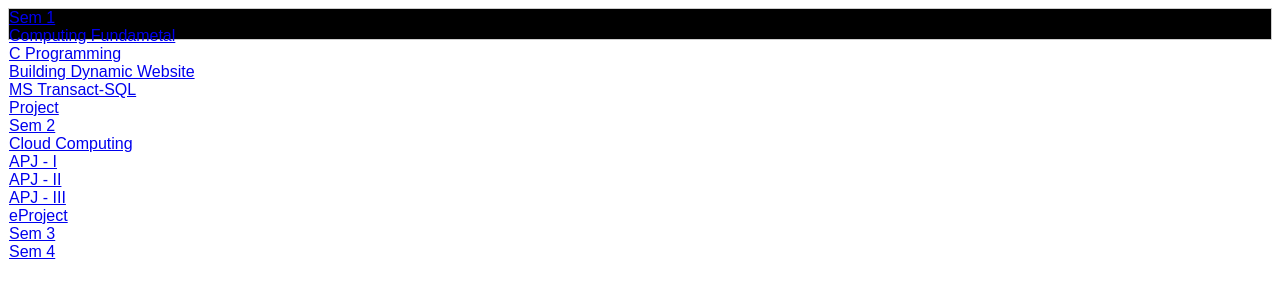
Repository: congle98/CSS_MenuNgangCoBan
Page: index.html
An editor plug-in stored every save of this project. The page is shown before and after the next save, followed by the edit.
The browser window is 1280 px wide. The pictures show the whole page.

Above is the page before, as saved 2021-05-26 14:51:29.

After the next save:
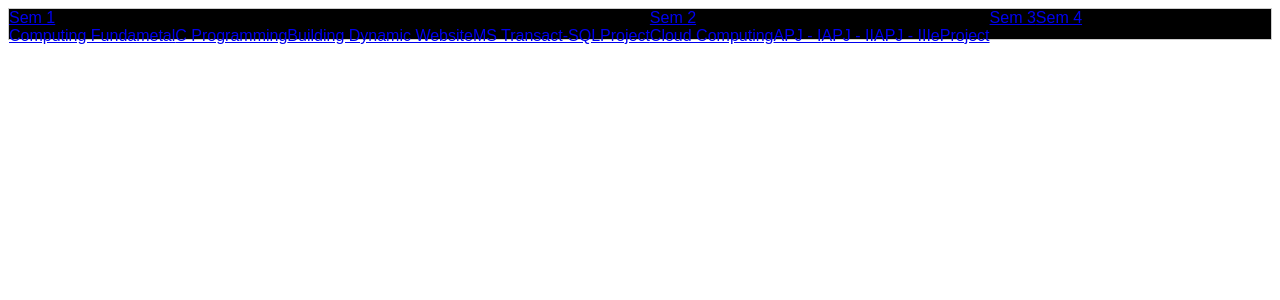
Saved 25 s later.
--- a/style.css
+++ b/style.css
@@ -14,3 +14,10 @@
     padding:0;
     margin:0;
 }
+#menu li{
+    position: relative;
+    float: left;
+    list-style: none;
+    margin: 0;
+    padding:0;
+}

After the save that followed:
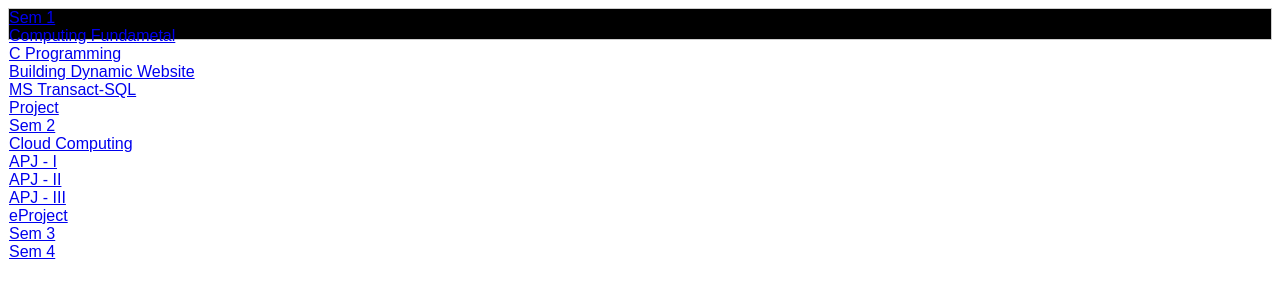
Saved 41 s later.
--- a/style.css
+++ b/style.css
@@ -14,10 +14,10 @@
     padding:0;
     margin:0;
 }
-#menu li{
+/* #menu li{
     position: relative;
     float: left;
     list-style: none;
     margin: 0;
     padding:0;
-}
+} */
